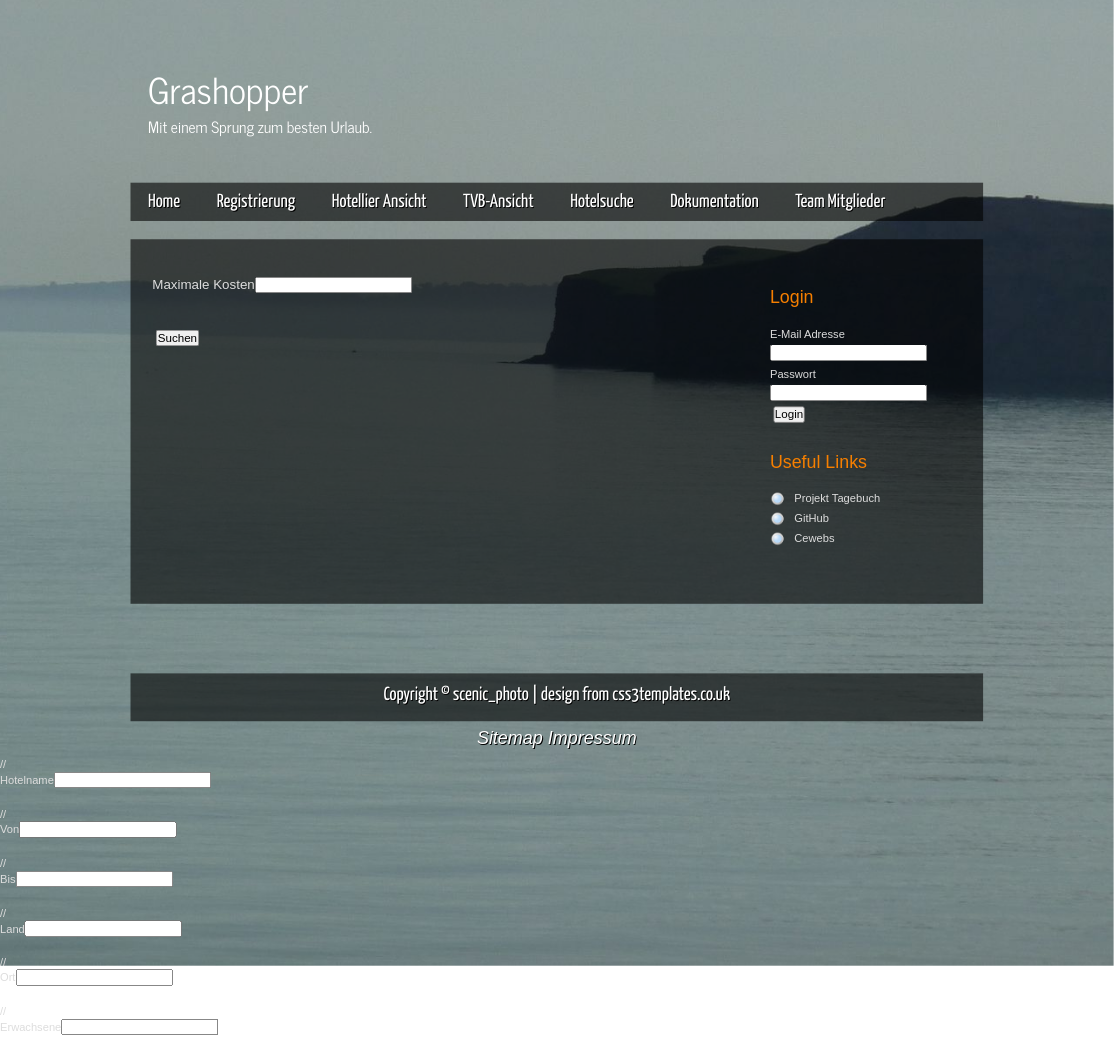
Repository: swe2013hotel2/grashopper
Page: http://localhost/Grasshopper/Hotelsuche.jsp
The author's editor kept a copy of each file at every save. The page is drawn from the files as they stood at one save, then again after the next save.
The browser window is 1280 px wide. The pictures show the whole page, at 87% of full size.
Backgrounds fixed to the window are drawn as part of the page. The page is served by Tomcat 9.

Above is the page before, as saved 2013-12-11 11:20:52.
Console error: ReferenceError: jQuery is not defined

After the next save:
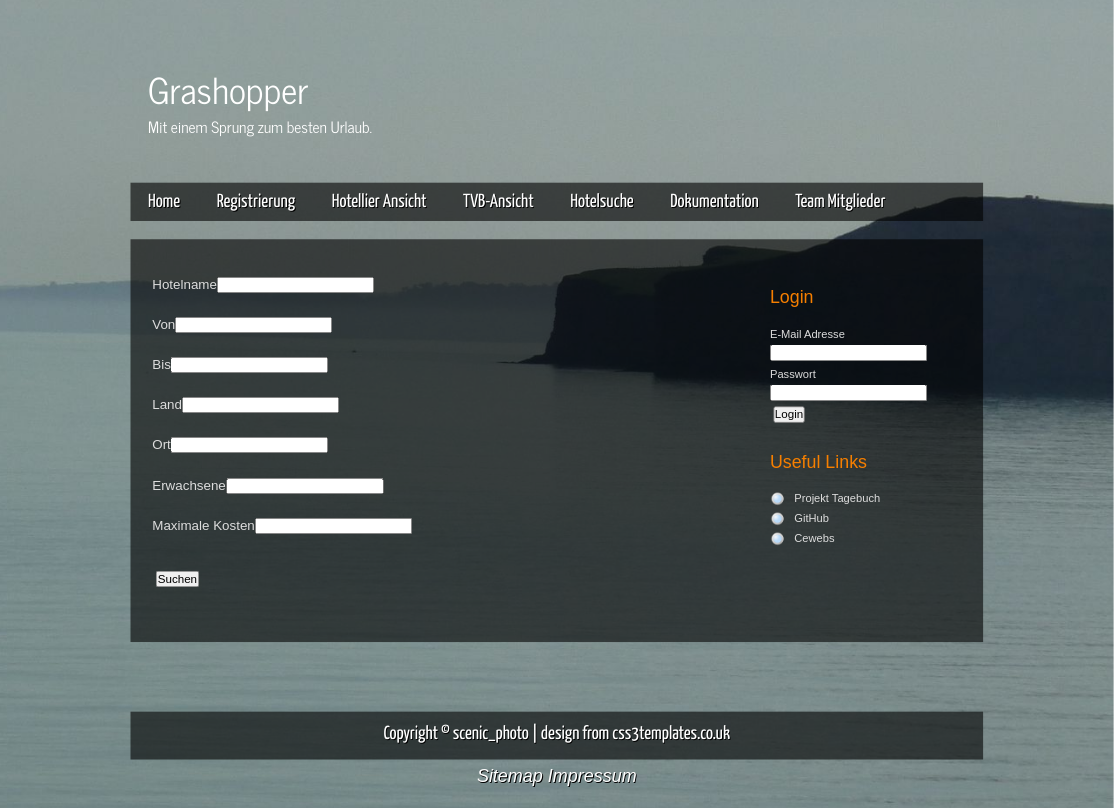
Saved 47 s later.
--- a/workspaceJSP2/Grasshopper/WebContent/Hotelsuche.jsp
+++ b/workspaceJSP2/Grasshopper/WebContent/Hotelsuche.jsp
@@ -6,7 +6,12 @@
 
    <form action="Hotelsuche" action="Hotelsuche" method="post">
 
-
+		  <p><span>Hotelname</span><input type="text" name="hotelname" value="" /></p>
+         <p><span>Von</span><input type="text" name="von" value="" /></p>
+		 <p><span>Bis</span><input type="text" name="bis" value="" /></p>
+       	 <p><span>Land</span><input type="text" name="land" value="" /></p>
+      	 <p><span>Ort</span><input type="text" name="ort" value="" /></p>
+      	<p><span>Erwachsene</span><input type="text" name="erwachsene" value="" /></p>
          <p><span>Maximale Kosten</span><input type="text" name="maxkosten" value="" /></p>
 
 
@@ -16,12 +21,3 @@
  </div>
 
     <%@include file="footer_template.jsp" %>
-
-
-
-    //<p><span>Hotelname</span><input type="text" name="hotelname" value="" /></p>
-        // <p><span>Von</span><input type="text" name="von" value="" /></p>
-		// <p><span>Bis</span><input type="text" name="bis" value="" /></p>
-       	// <p><span>Land</span><input type="text" name="land" value="" /></p>
-      	// <p><span>Ort</span><input type="text" name="ort" value="" /></p>
-      	// <p><span>Erwachsene</span><input type="text" name="erwachsene" value="" /></p>
